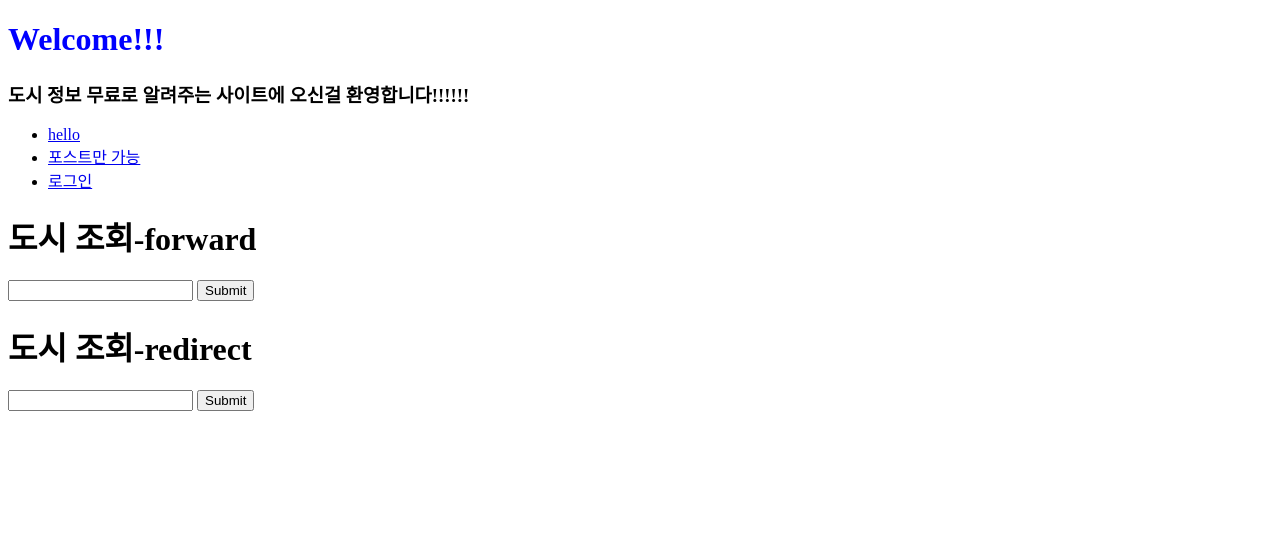
Repository: roadtofuture/woorifisa_java
Page: http://localhost/jpa_2/WEB-INF/view/index.jsp
The author's editor kept a copy of each file at every save. The page is drawn from the files as they stood at one save, then again after the next save.
The browser window is 1280 px wide. The pictures show the whole page.
The page is served by Tomcat 10. Nobody is signed in. The template is opened directly, without the code that normally fills it, so the values that code supplies are empty.

Above is the page before, as saved 2023-06-23 06:23:23.

After the next save:
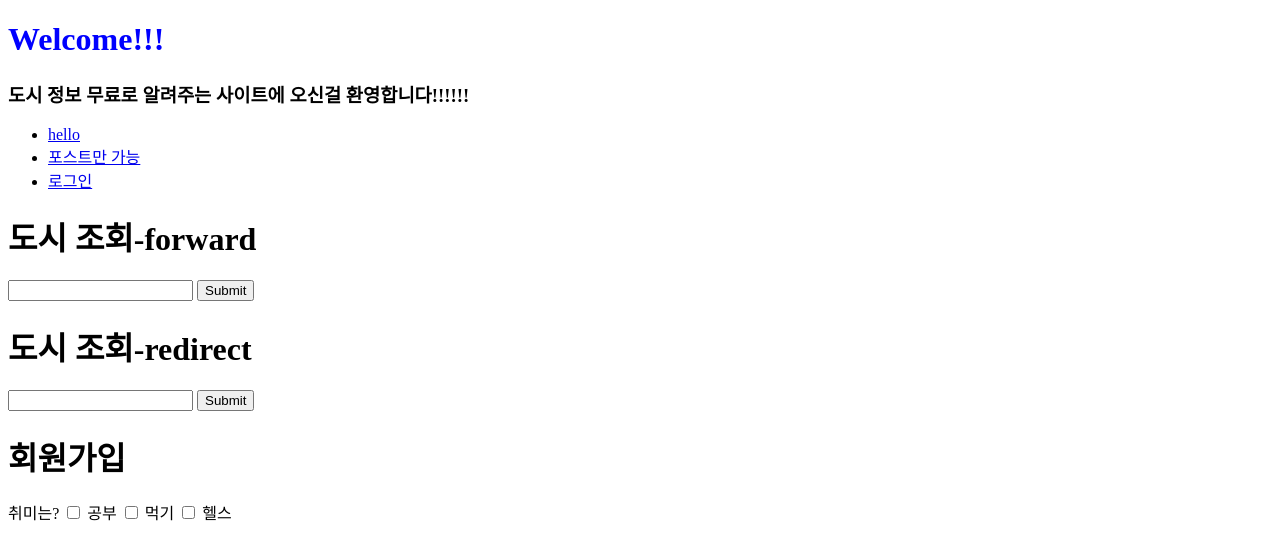
Saved 8 min 51 s later.
--- a/jpa_2/src/main/webapp/WEB-INF/view/index.jsp
+++ b/jpa_2/src/main/webapp/WEB-INF/view/index.jsp
@@ -24,5 +24,17 @@
 	<form method="get" action="/city/select2">
 		<input type="text" name="no"> <input type="submit">
 	</form>
+
+	<h1>회원가입</h1>
+	<form action="/user/join" method="post">
+	<label>취미는?</label>
+		<input type = "checkbox" name = "hobby" value = "study" id = "study">
+		<label for = "study">공부</label>
+		<input type = "checkbox" name = "hobby" value = "eat" id = "eat">
+		<label for = "study">먹기</label>
+		<input type = "checkbox" name = "hobby" value = "health" id = "health">
+		<label for = "study">헬스</label>
+
+	</form>
 </body>
 </html>
